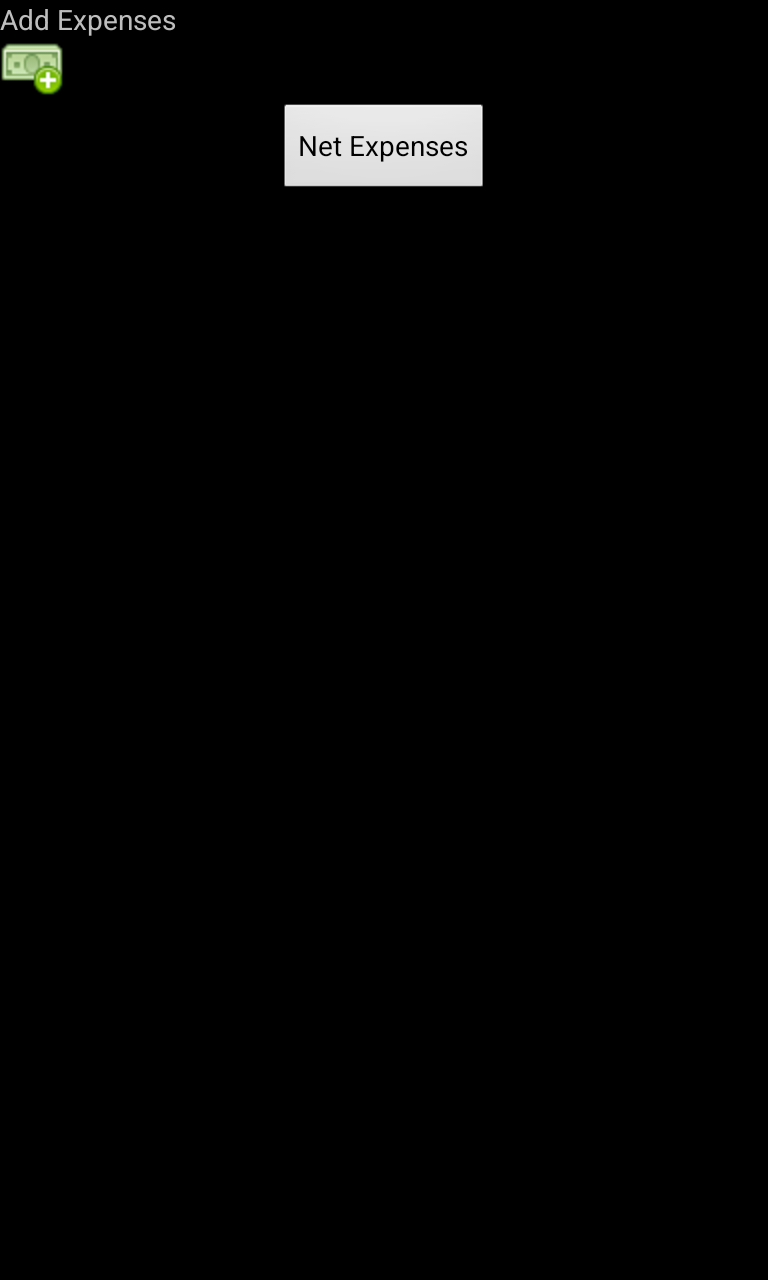
Repository: iyeranan/Expenses
Layout: Expenses/res/layout/shares.xml
An editor plug-in stored every save of this project. The layout is shown before and after the next save, followed by the edit.
It is drawn on a 768 x 1280 px phone screen (xhdpi) without system bars, with theme android:Theme; the app's code is not run.

Above is the layout before, as saved 2012-01-16 17:23:18.

After the next save:
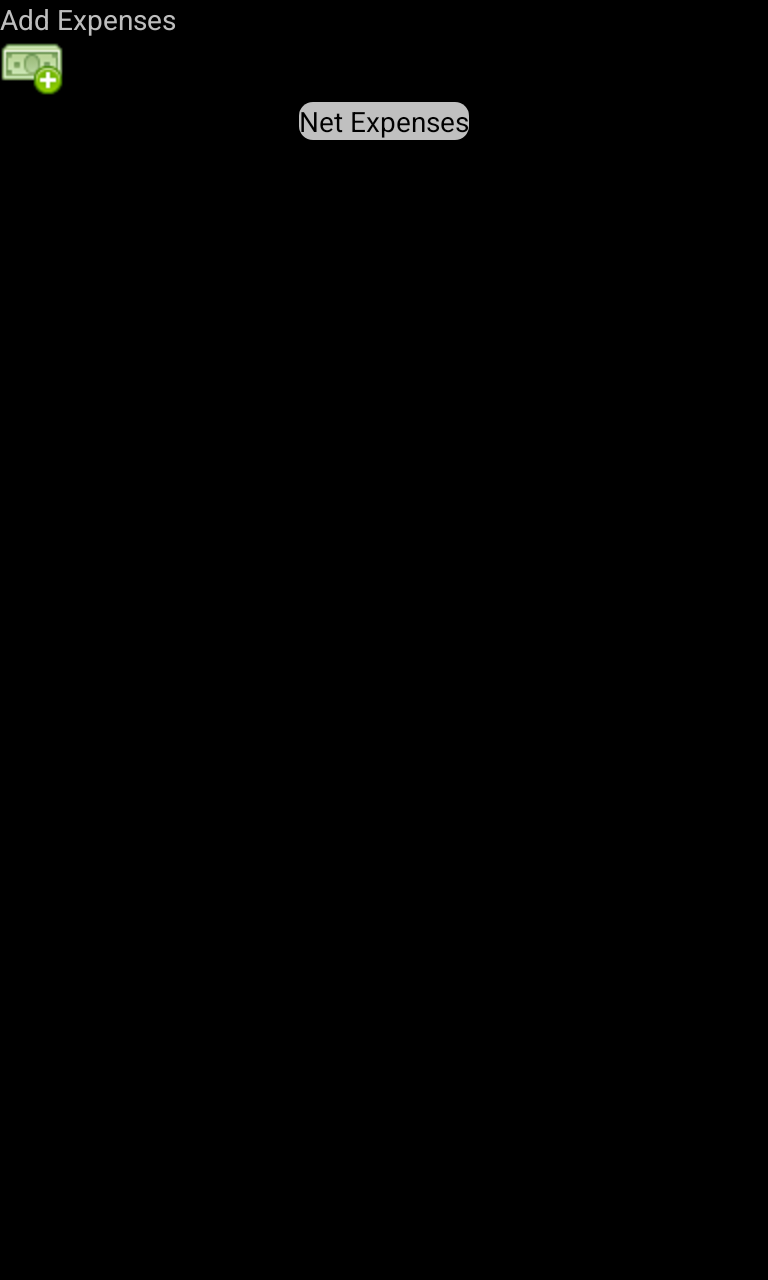
Saved 2 min 0 s later.
--- a/Expenses/res/layout/shares.xml
+++ b/Expenses/res/layout/shares.xml
@@ -11,6 +11,6 @@
 <Button android:layout_width="wrap_content" android:layout_height="wrap_content" android:background="@drawable/add_expenses" android:id="@+id/btnAddExpense"></Button>
 <TableLayout android:layout_width="fill_parent" android:layout_height="wrap_content" android:id="@+id/tblExpenses">
 </TableLayout>
-<Button android:layout_height="wrap_content" android:layout_width="wrap_content" android:layout_gravity="center_vertical|center_horizontal" android:id="@+id/btnGenerate" android:text="Net Expenses"></Button>
+<Button android:layout_height="wrap_content" android:layout_width="wrap_content" android:layout_gravity="center_vertical|center_horizontal" android:id="@+id/btnGenerate" android:text="Net Expenses" android:background="@layout/buttonshape"></Button>
 </LinearLayout>
 </ScrollView>
